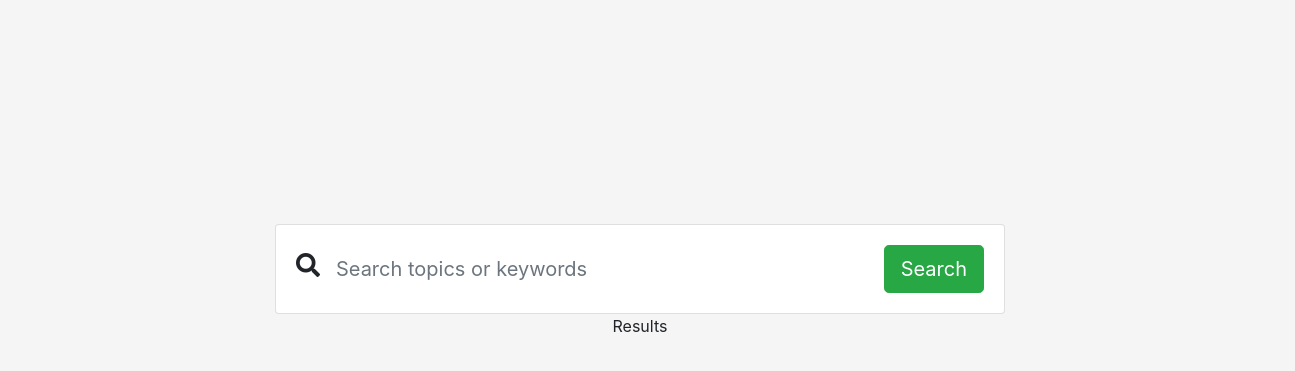
Repository: roistyx/ask-ChatGBT-travel-recommendations
Page: Backend/src/views/search.html
These files come from the project's save history. The page is drawn as it stood at one moment and after the next save; the edit follows.
The browser window is 1280 px wide. The page is 1295 px wide, so the pictures cover 1295 px, including what lies to the right of the window. The pictures show the whole page.
Some web libraries are served in a nearby version.

Above is the page before, as saved 2023-03-20 12:24:26.
Console error: TypeError: Cannot read properties of undefined (reading 'fn')

### Backend/src/views/search.html
<!DOCTYPE html>
<html>
<head>
<link href="//maxcdn.bootstrapcdn.com/bootstrap/4.1.1/css/bootstrap.min.css" rel="stylesheet" id="bootstrap-css">
<script src="//maxcdn.bootstrapcdn.com/bootstrap/4.1.1/js/bootstrap.min.js"></script>
<script src="//cdnjs.cloudflare.com/ajax/libs/jquery/3.2.1/jquery.min.js"></script>
<link rel="stylesheet" href="https://use.fontawesome.com/releases/v5.1.0/css/all.css"
    integrity="sha384-lKuwvrZot6UHsBSfcMvOkWwlCMgc0TaWr+30HWe3a4ltaBwTZhyTEggF5tJv8tbt" crossorigin="anonymous">

  <link rel="stylesheet" href="search.css">

</head>
<body>

    <div class="container">
        <br />
        <div class="row justify-content-center">
            <div class="col-12 col-md-10 col-lg-8">
                <form class="card card-sm">
                    <div class="card-body row no-gutters align-items-center">
                        <div class="col-auto">
                            <i class="fas fa-search h4 text-body"></i>
                        </div>
                        <!--end of col-->
                        <div class="col">
                            <input class="form-control form-control-lg form-control-borderless" type="search"
                                placeholder="Search topics or keywords">
                        </div>
                        <!--end of col-->
                        <div class="col-auto">
                            <button class="btn btn-lg btn-success" type="submit">Search</button>
                        </div>
                        <!--end of col-->
                        <link rel="stylesheet" href="https://use.fontawesome.com/releases/v5.1.0/css/all.css"
                            integrity="sha384-lKuwvrZot6UHsBSfcMvOkWwlCMgc0TaWr+30HWe3a4ltaBwTZhyTEggF5tJv8tbt"
                            crossorigin="anonymous">
                    </div>
                </form>
            </div>

        </div>
    </div>
    <div class="row justify-content-center">Results</div>

</body>
</html>

### Backend/src/views/search.css
* {
	margin: 0;
	padding: 0;
}

body {
	background-color: #f5f5f5;
	padding-top: 200px;
}

.form-control-borderless {
	border: none;
}

.form-control-borderless:hover,
.form-control-borderless:active,
.form-control-borderless:focus {
	border: none;
	outline: none;
	box-shadow: none;
}

After the next save:
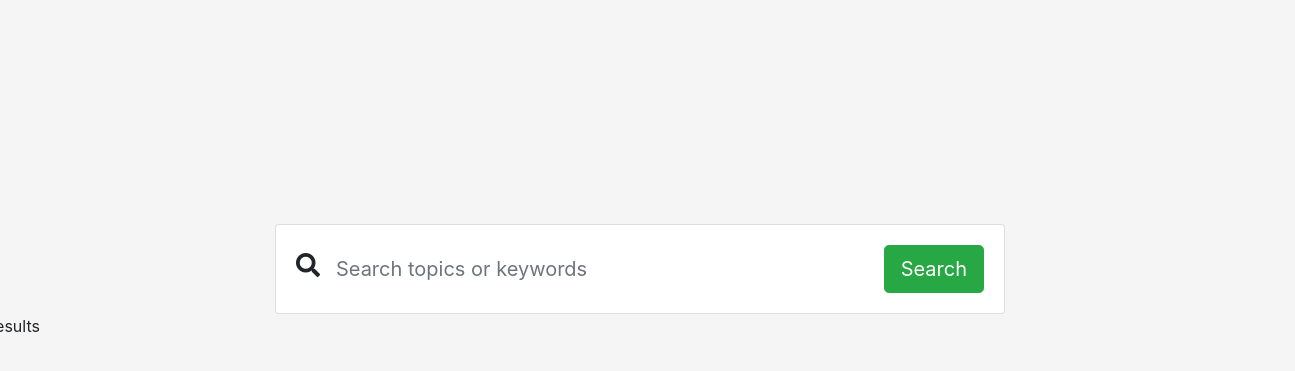
Saved 13 s later.
--- a/Backend/src/views/search.html
+++ b/Backend/src/views/search.html
@@ -40,7 +40,7 @@
 
         </div>
     </div>
-    <div class="row justify-content-center">Results</div>
+    <div class="row justify-content-start">Results</div>
 
 </body>
 </html>
